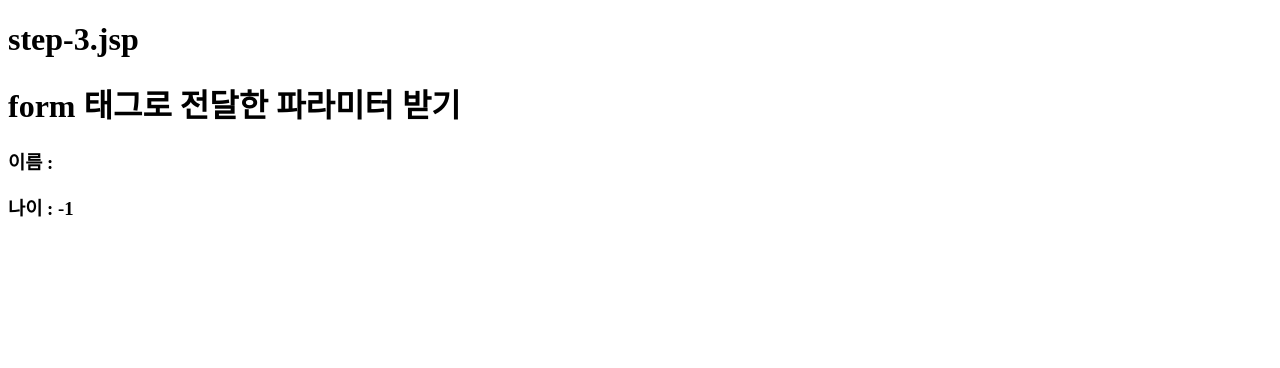
Repository: dtkd19/jsp-jstl_241021
Page: http://localhost/jstl_study/step-3.jsp
These files come from the project's save history. The page is drawn as it stood at one moment and after the next save; the edit follows.
The browser window is 1280 px wide. The pictures show the whole page.
The page is served by Tomcat 9.

Above is the page before, as saved 2024-10-21 03:41:17.

After the next save:
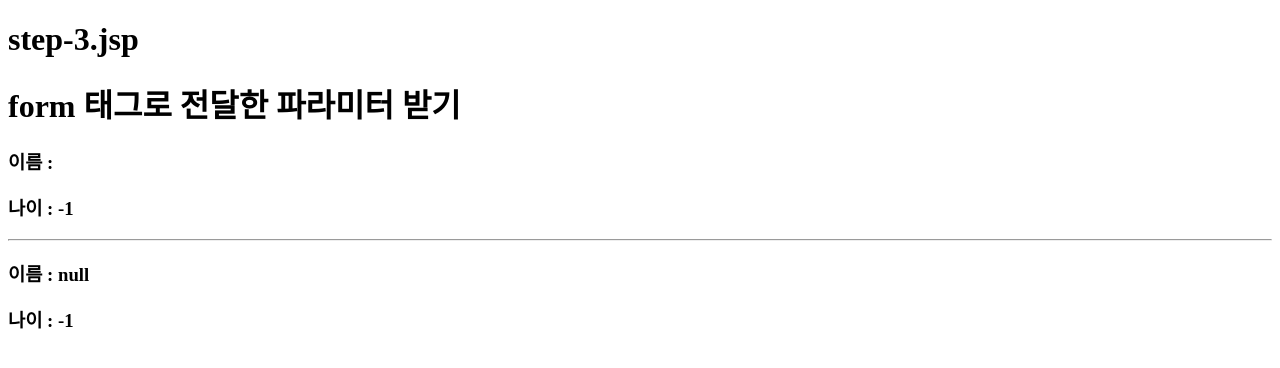
Saved 58 s later.
--- a/jstl_study/src/main/webapp/step-3.jsp
+++ b/jstl_study/src/main/webapp/step-3.jsp
@@ -1,5 +1,5 @@
 <%@ page language="java" contentType="text/html; charset=UTF-8"
-    pageEncoding="UTF-8"%>
+	pageEncoding="UTF-8"%>
 <!DOCTYPE html>
 <html>
 <head>
@@ -10,7 +10,11 @@
 	<h1>step-3.jsp</h1>
 	<h1>form 태그로 전달한 파라미터 받기</h1>
 	<!-- EL 태그 방식은 내부적으로 형변환을 하여 연산이 가능함.  -->
-	<h3>이름 : ${param.name } </h3>
-	<h3>나이 : ${param.age-1 } </h3>
+	<h3>이름 : ${param.name }</h3>
+	<h3>나이 : ${param.age-1 }</h3>
+	<hr>
+	<!-- 스크립틀릿 방식으로 파라미터 가져오기 -->
+	<h3>이름 : <%= request.getParameter("name") %> </h3>
+	<h3>나이 : ${param.age-1 }</h3>
 </body>
 </html>
